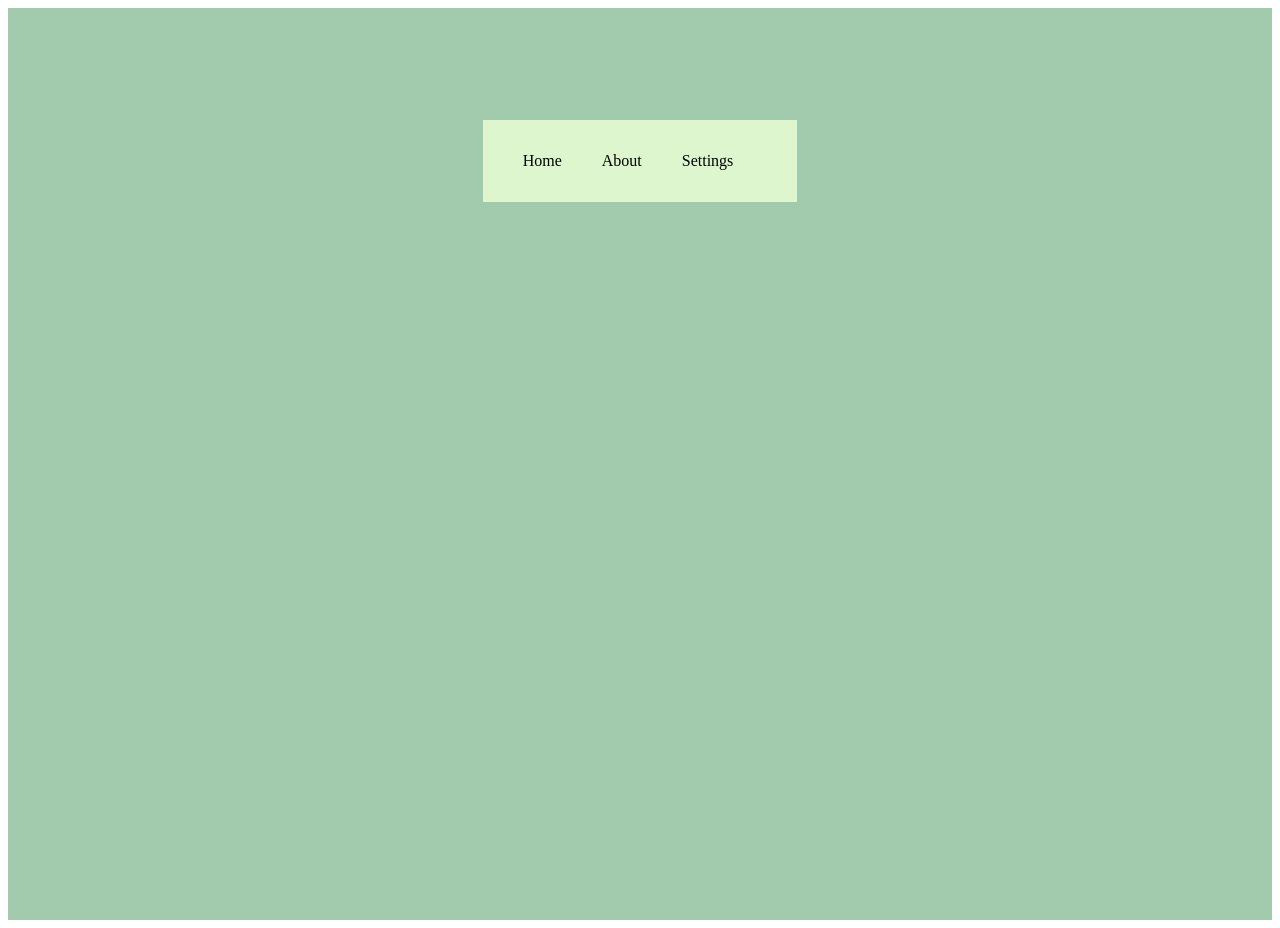
Repository: k8ANStar/Questify
Page: /
The author's editor kept a copy of each file at every save. The page is drawn from the files as they stood at one save, then again after the next save.
The browser window is 1280 px wide. The pictures show the whole page.
The project was rebuilt for these pictures with package versions that can differ from the ones it lists, and the page was loaded fresh each time. The framework's server and built-in components were replaced by stand-ins that run in the browser. Also part of the build but not shown: next.config.mjs.

Above is the page before, as saved 2024-03-24 21:52:37.

After the next save:
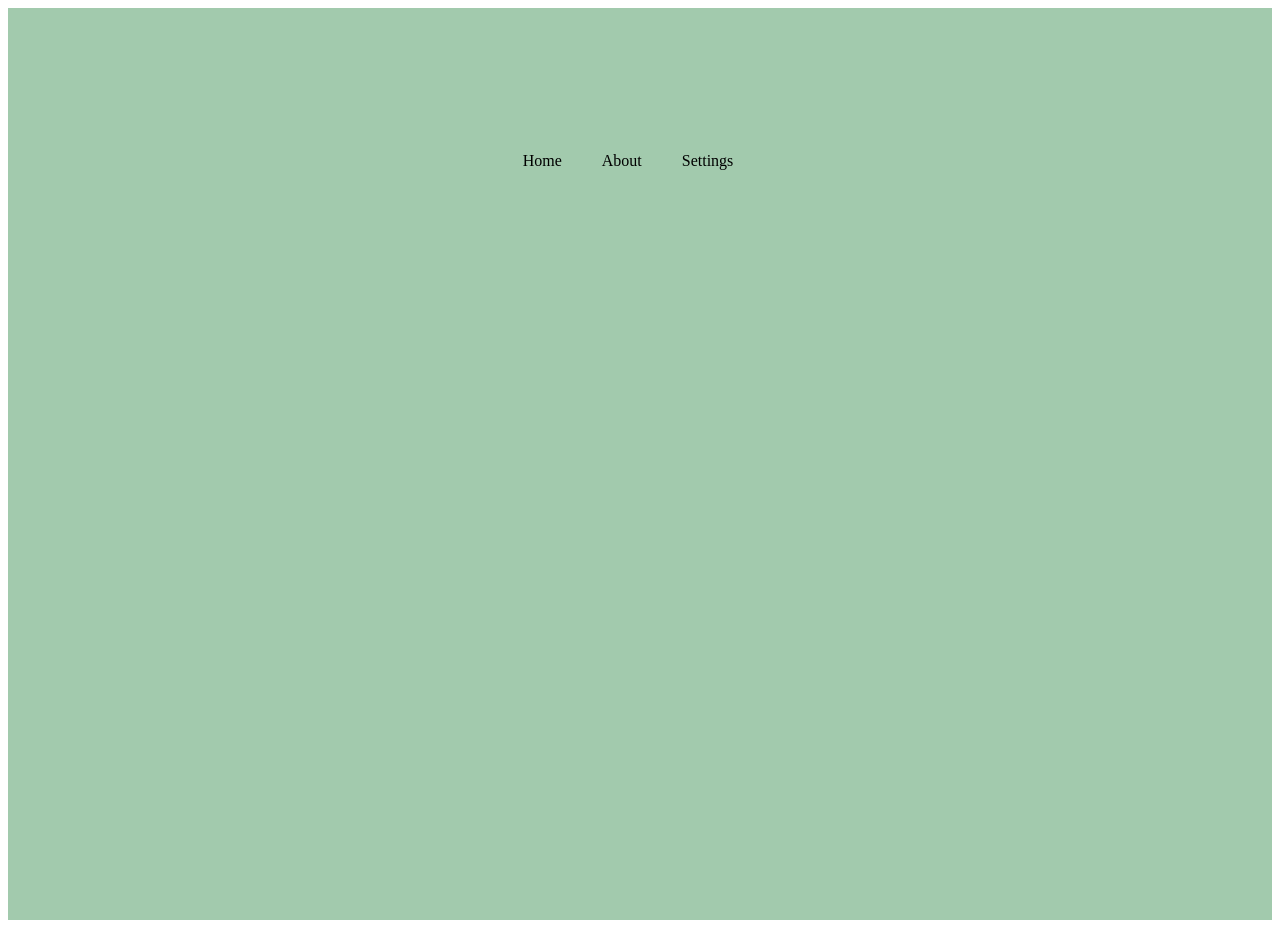
Saved 10 s later.
--- a/components/Header/Header.module.css
+++ b/components/Header/Header.module.css
@@ -3,6 +3,7 @@
 	list-style-type: none;
 	text-decoration: none;
     padding: 2rem 2rem 2rem 2rem;
+    width
     background-color: rgb(221, 246, 205);
 
 }
